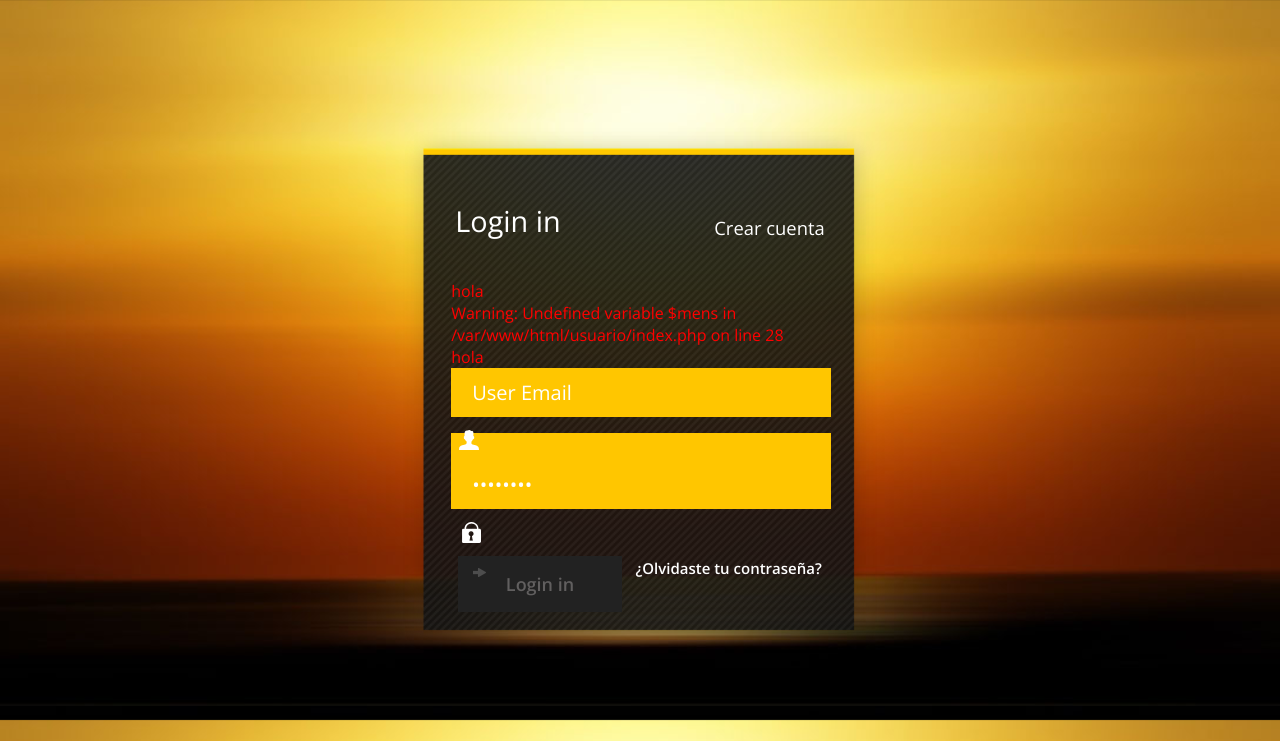
Repository: Mariangeles94/practica_gestion_usuarios
Page: http://localhost/Gestion/usuario/index.php
The author's editor kept a record of every edit. The page is drawn from the files as they stood at one moment, then again after the next edit.
The browser window is 1280 px wide. The pictures show the whole page.
Backgrounds fixed to the window are drawn as part of the page. The page is run by PHP 8.4 with error messages shown; the project is at /var/www/html/.

Above is the page before.

After the next edit:
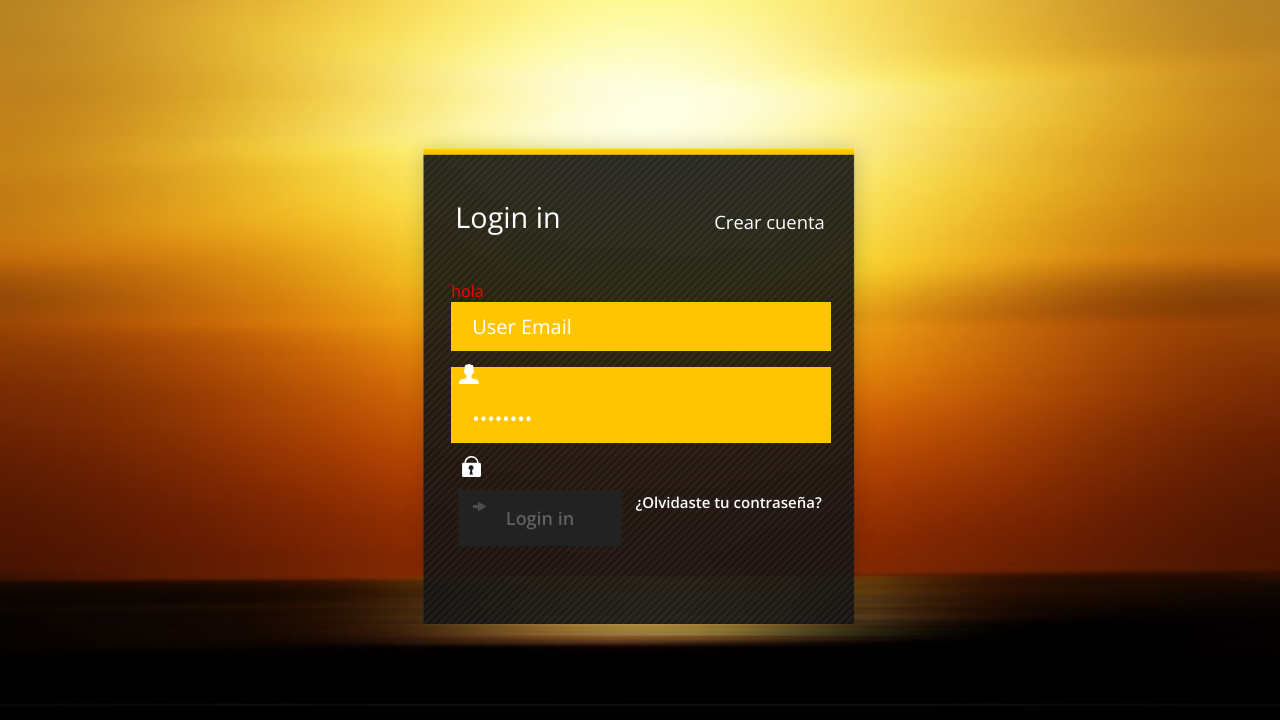
The edit:
--- a/usuario/index.php
+++ b/usuario/index.php
@@ -25,7 +25,7 @@
 					<h2><a href="phpaltausuario.php">Crear cuenta</a></h2>
 
                	    <form method="POST" action="../registro/phpregistro.php">
-               	    	<h3 class="mensaje">hola <?php echo "hola". $mens; ?> </h3>
+               	    	<h3 class="mensaje">hola <?php echo $mensaje ?> </h3>
 						<li>
 							<input type="text" class="text" name="email" value="User Email" onfocus="this.value = '';" onblur="if (this.value == '') {this.value = 'User Name';}" ><a href="#" class=" icon user"></a>
 						</li>
